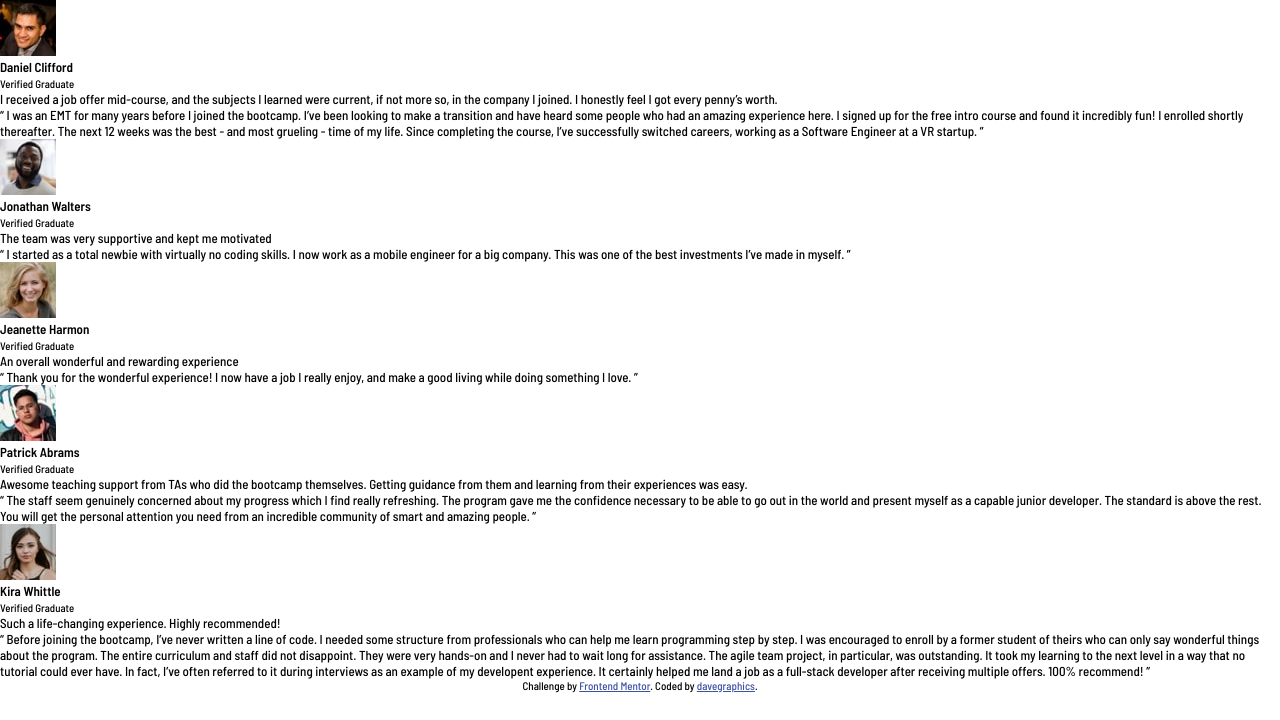
Repository: DejV44/testimonials_grid_section_main
Page: index.html
The author's editor kept a copy of each file at every save. The page is drawn from the files as they stood at one save, then again after the next save.
The browser window is 1280 px wide. The pictures show the whole page.
The style sheet was rebuilt from its Sass, Less or Tailwind sources for each picture, by a compiler version that may differ from the author's.

Above is the page before, as saved 2021-07-14 19:44:00.

### index.html
<!DOCTYPE html>
<html lang="en">

<head>
  <meta charset="UTF-8">
  <meta name="viewport" content="width=device-width, initial-scale=1.0">
  <link rel="stylesheet" href="css/style.css">
  <link rel="icon" type="image/png" sizes="32x32" href="./images/favicon-32x32.png">
  <title>Frontend Mentor | Testimonials grid section</title>
</head>

<body>
  <div class="container">
    <div class="cards">
      <div class="image">
        <img src="./images/image-daniel.jpg" alt="image-daniel">
        <div>
          <h4>Daniel Clifford</h4>
          <small>Verified Graduate</small>
        </div>
      </div>
      <p>I received a job offer mid-course, and the subjects I learned were current, if not more so,
        in the company I joined. I honestly feel I got every penny’s worth.</p>
      <p>“ I was an EMT for many years before I joined the bootcamp. I’ve been looking to make a
        transition and have heard some people who had an amazing experience here. I signed up
        for the free intro course and found it incredibly fun! I enrolled shortly thereafter.
        The next 12 weeks was the best - and most grueling - time of my life. Since completing
        the course, I’ve successfully switched careers, working as a Software Engineer at a VR startup. ”</p>
    </div>
    <div class="cards">
      <div class="image">
        <img src="./images/image-jonathan.jpg" alt="image-jonathan">
        <div>
          <h4>Jonathan Walters</h4>
          <small>Verified Graduate</small>
        </div>
      </div>
      <p>The team was very supportive and kept me motivated</p>
      <p>“ I started as a total newbie with virtually no coding skills. I now work as a mobile engineer
        for a big company. This was one of the best investments I’ve made in myself. ”</p>
    </div>
    <div class="cards">
      <div class="image">
        <img src="./images/image-jeanette.jpg" alt="image-jeanette">
        <div>
          <h4>Jeanette Harmon</h4>
          <small>Verified Graduate</small>
        </div>
      </div>
      <p>An overall wonderful and rewarding experience</p>
      <p>“ Thank you for the wonderful experience! I now have a job I really enjoy, and make a good living
        while doing something I love. ”</p>
    </div>
    <div class="cards">
      <div class="image">
        <img src="./images/image-patrick.jpg" alt="image-patrick">
        <div>
          <h4>Patrick Abrams</h4>
          <small>Verified Graduate</small>
        </div>
      </div>
      <p>Awesome teaching support from TAs who did the bootcamp themselves. Getting guidance from them and
        learning from their experiences was easy.</p>
      <p>“ The staff seem genuinely concerned about my progress which I find really refreshing. The program
        gave me the confidence necessary to be able to go out in the world and present myself as a capable
        junior developer. The standard is above the rest. You will get the personal attention you need from
        an incredible community of smart and amazing people. ”</p>
    </div>
    <div class="cards">
      <div class="image">
        <img src="./images/image-kira.jpg" alt="image-kira">
        <div>
          <h4>Kira Whittle</h4>
          <small>Verified Graduate</small>
        </div>
      </div>
      <p>Such a life-changing experience. Highly recommended!</p>
      <p>“ Before joining the bootcamp, I’ve never written a line of code. I needed some structure from
        professionals who can help me learn programming step by step. I was encouraged to enroll by a former
        student of theirs who can only say wonderful things about the program. The entire curriculum and staff
        did not disappoint. They were very hands-on and I never had to wait long for assistance. The agile team
        project, in particular, was outstanding. It took my learning to the next level in a way that no tutorial
        could ever have. In fact, I’ve often referred to it during interviews as an example of my developent
        experience. It certainly helped me land a job as a full-stack developer after receiving multiple offers.
        100% recommend! ”</p>
    </div>
  </div>
  <div class="attribution">
    Challenge by <a href="https://www.frontendmentor.io?ref=challenge" target="_blank">Frontend Mentor</a>.
    Coded by <a href="#">davegraphics</a>.
  </div>
</body>

</html>

### css/style.scss
@import url('https://fonts.googleapis.com/css2?family=Barlow+Semi+Condensed:wght@500;600&display=swap');

$ModerateViolet: hsl(263, 55%, 52%);
$VeryDarkGrayishBlue: hsl(217, 19%, 35%);
$VeryDarkBlackishBlue: hsl(219, 29%, 14%);
$White: hsl(0, 0%, 100%);
$LightGray: hsl(0, 0%, 81%);
$LightGrayishBlue: hsl(210, 46%, 95%);

* {
    margin: 0;
    padding: 0;
}

body {
    font-size: 13px;
    font-family: 'Barlow Semi Condensed', sans-serif;

    .container {
        display: grid;
        grid-template-columns: 1fr;

    }


.attribution { font-size: 11px; text-align: center; }
.attribution a { color: hsl(228, 45%, 44%); }

}

After the next save:
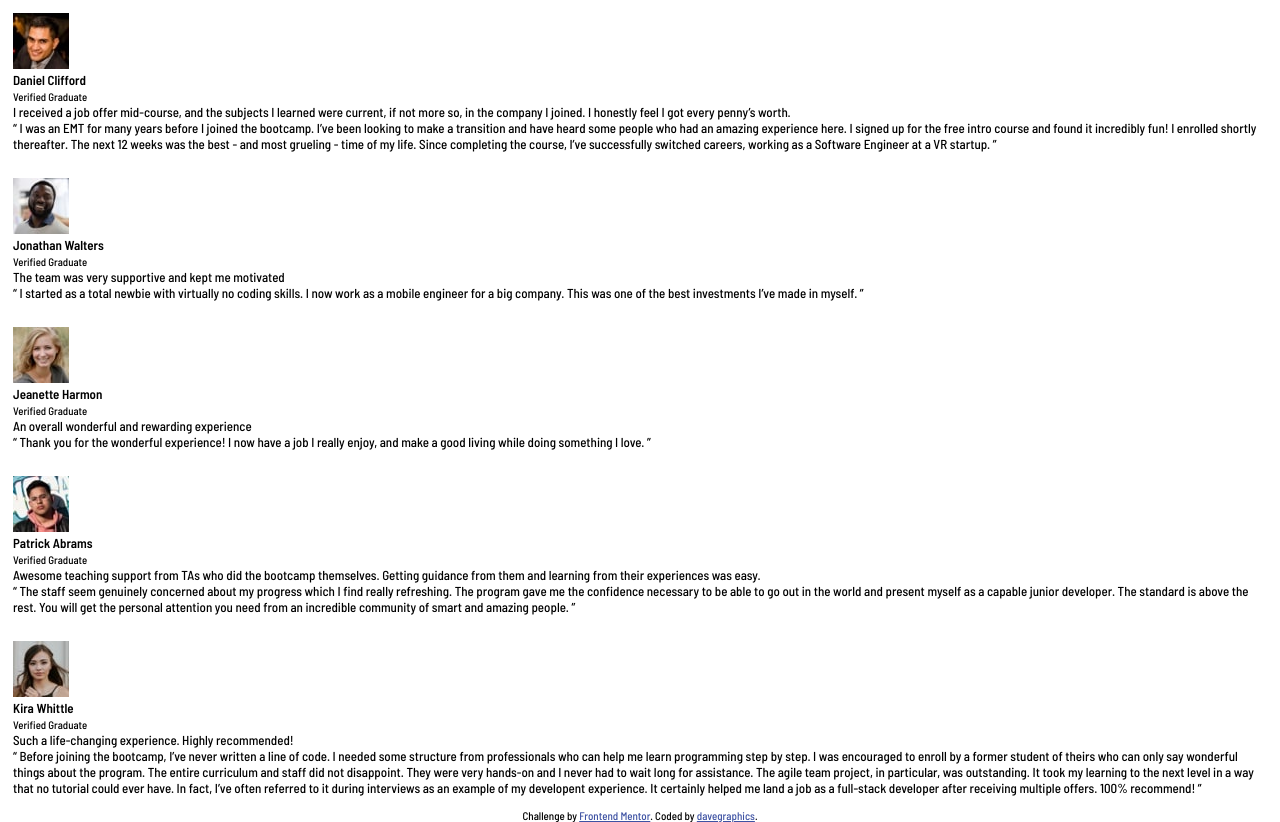
Saved 2 min 46 s later.
--- a/css/style.scss
+++ b/css/style.scss
@@ -20,6 +20,10 @@ body {
         display: grid;
         grid-template-columns: 1fr;
 
+        .cards {
+            padding: 1em;
+        }
+
     }
 
 
